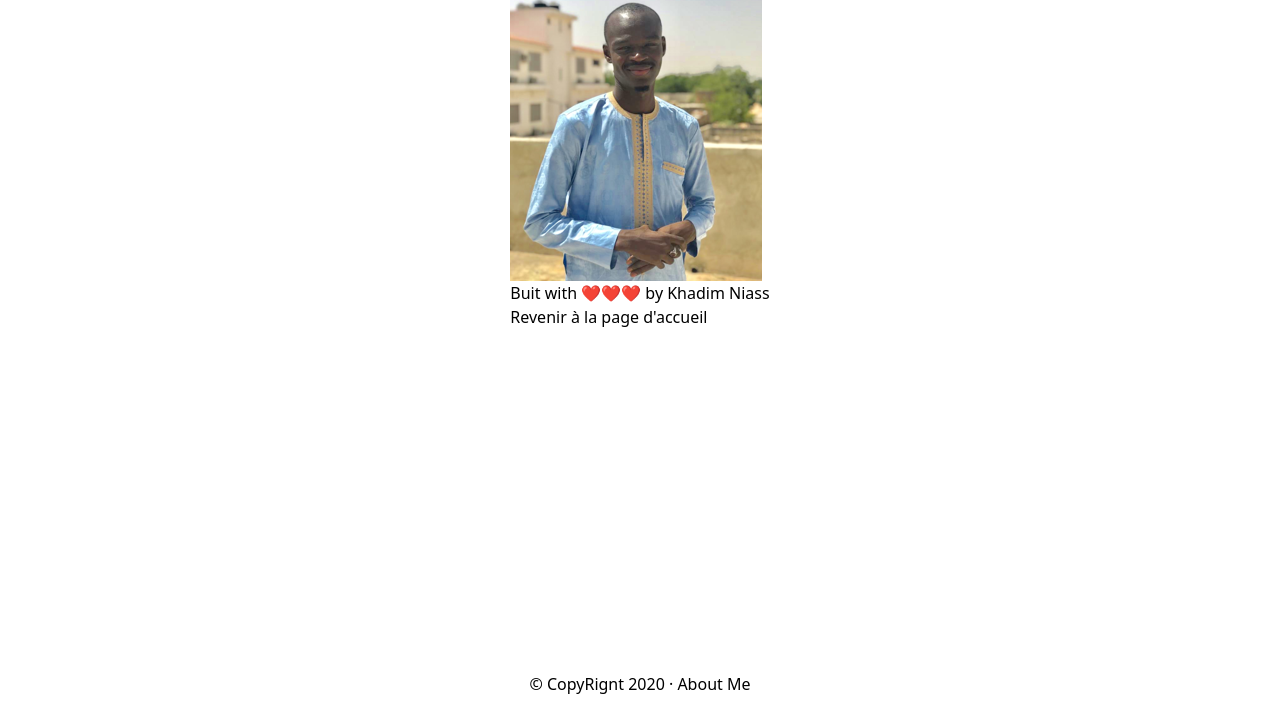
Repository: khadimniass/hello-city-with-Symfony
Page: templates/pages/about.html.twig
An editor plug-in stored every save of this project. The page is shown before and after the next save, followed by the edit.
The browser window is 1280 px wide. The pictures show the whole page.
The page is a Twig template of a Symfony application; nobody is signed in and links lead nowhere. The template is opened directly, without the code that normally fills it, so the values that code supplies are empty.

Above is the page before, as saved 2020-06-24 13:33:22.

After the next save:
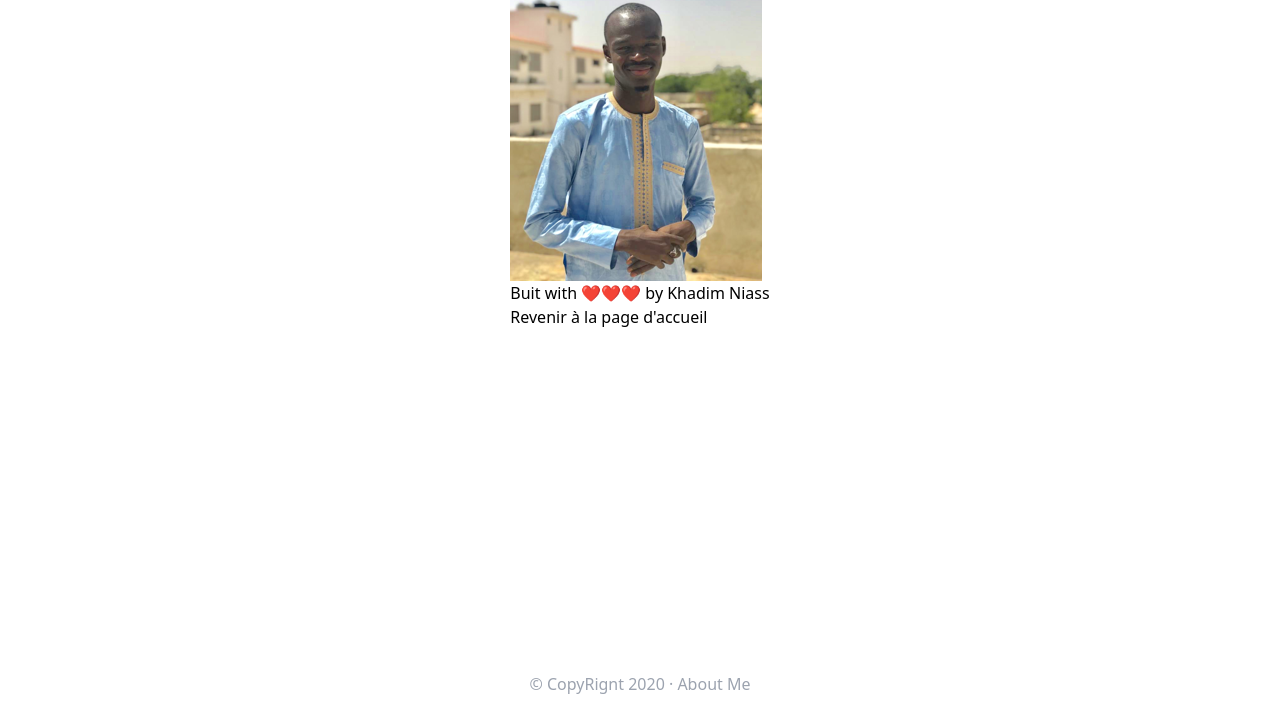
Saved 104 s later.
--- a/templates/base.html.twig
+++ b/templates/base.html.twig
@@ -13,7 +13,7 @@
         </main>
 
     <footer class="my-6">
-        <p>
+        <p class="text-gray-400">
             &copy CopyRignt {{'now'|date('Y') }}
             &middot; <a href="{{ path('app_about')}} ">About Me</a>
         </p>
